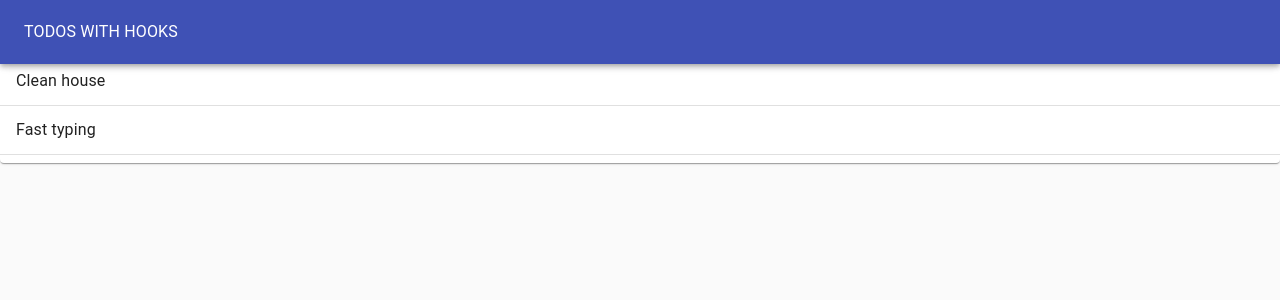
Repository: fulman/todo
Page: /
An editor plug-in stored every save of this project. The page is shown before and after the next save, followed by the edit.
The browser window is 1280 px wide. The pictures show the whole page.
The project was rebuilt for these pictures with package versions that can differ from the ones it lists, and the page was loaded fresh each time.

Above is the page before, as saved 2020-09-27 12:31:51.

### src/App.js
import React from "react";
import TodoApp from "./TodoApp";

function App() {
  return <TodoApp />;
}

export default App;

### src/TodoApp.js
import React, { useState } from "react";
import Typography from "@material-ui/core/Typography";
import Paper from "@material-ui/core/Paper";
import AppBar from "@material-ui/core/AppBar";
import Toolbar from "@material-ui/core/Toolbar";
import Grid from "@material-ui/core/Grid";
import TodoList from "./TodoList";

function TodoApp() {
  const initialTodos = [
    { id: 1, task: "Finish homework", completed: false },
    { id: 2, task: "Clean house", completed: true },
    { id: 3, task: "Fast typing", completed: false },
  ];
  const [todos, setTodos] = useState(initialTodos);
  return (
    <Paper
      style={{
        padding: 0,
        margin: 0,
        height: "100vh",
        backgroundColor: "#fafafa",
      }}
      elevation={0}
    >
      <AppBar color="primary" positino="static" style={{ height: "64px" }}>
        <Toolbar>
          <Typography color="inherit">TODOS WITH HOOKS</Typography>
        </Toolbar>
      </AppBar>
      <TodoList todos={todos} />
    </Paper>
  );
}

export default TodoApp;

### src/TodoList.js
import React from "react";
import Paper from "@material-ui/core/Paper";
import List from "@material-ui/core/List";
import ListItem from "@material-ui/core/ListItem";
import ListItemText from "@material-ui/core/ListItemText";
import Divider from "@material-ui/core/Divider";

function TodoList(props) {
  return (
    <Paper>
      <List>
        {props.todos.map((todo) => (
          <>
            <ListItem>
              <ListItemText>{todo.task}</ListItemText>
            </ListItem>
            <Divider />
          </>
        ))}
      </List>
    </Paper>
  );
}

export default TodoList;

Loaded but not shown: public/index.html (common file); src/index.js (common file); src/index.css (common file); src/serviceWorker.js (common file)

After the next save:
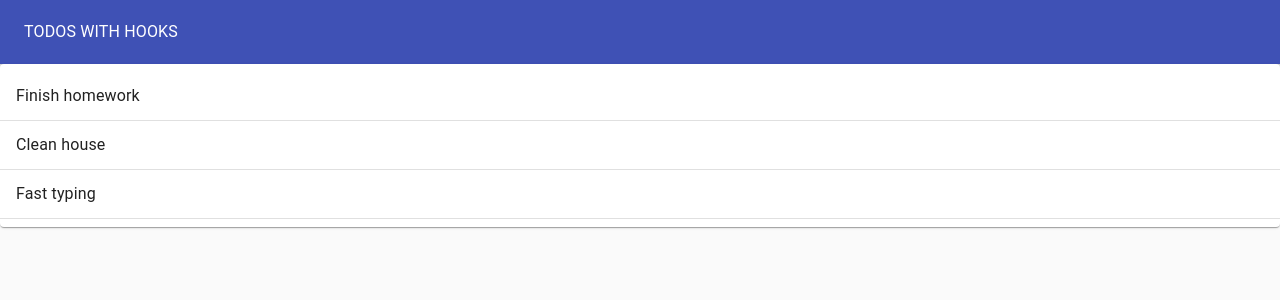
Saved 29 s later.
--- a/src/TodoApp.js
+++ b/src/TodoApp.js
@@ -27,8 +27,8 @@
         <Toolbar>
           <Typography color="inherit">TODOS WITH HOOKS</Typography>
         </Toolbar>
+        <TodoList todos={todos} />
       </AppBar>
-      <TodoList todos={todos} />
     </Paper>
   );
 }

After the save that followed:
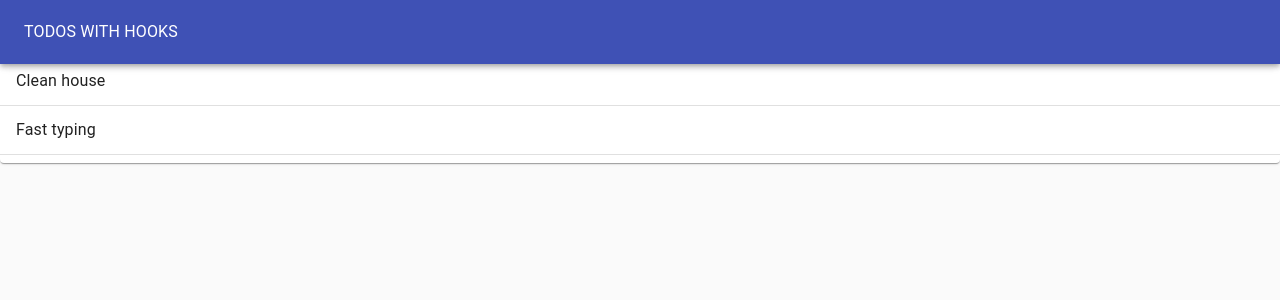
Saved 35 s later.
--- a/src/TodoApp.js
+++ b/src/TodoApp.js
@@ -27,8 +27,8 @@
         <Toolbar>
           <Typography color="inherit">TODOS WITH HOOKS</Typography>
         </Toolbar>
-        <TodoList todos={todos} />
       </AppBar>
+      <TodoList todos={todos} />
     </Paper>
   );
 }
